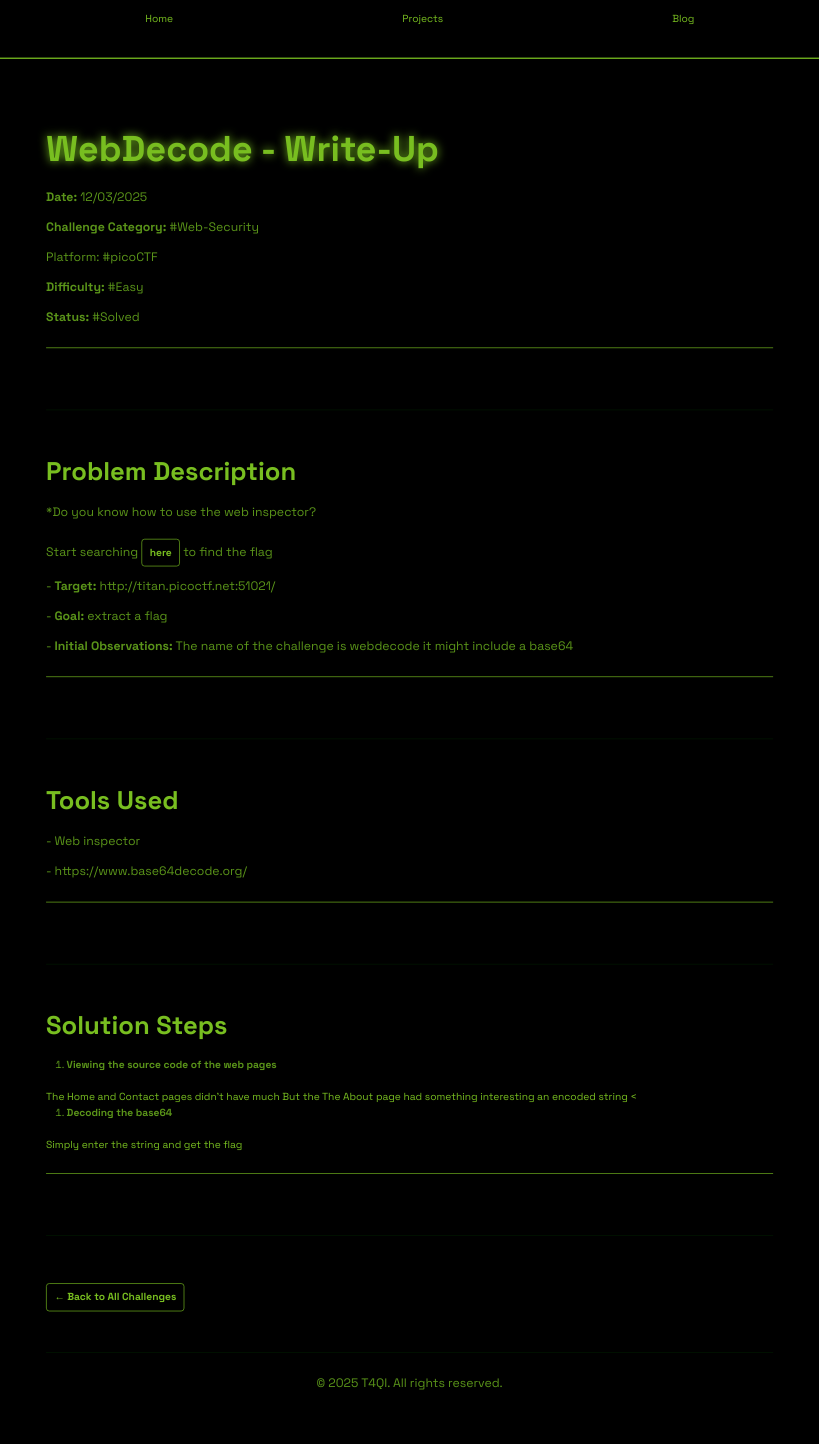
Repository: mohamedsoliman-tq/Website
Page: blogs/picoCTF/WebDecode.html
These files come from the project's save history. The page is drawn as it stood at one moment and after the next save; the edit follows.
The browser window is 1280 px wide. The pictures show the whole page, at 64% of full size.

Above is the page before, as saved 2025-03-12 23:59:26.

### blogs/picoCTF/WebDecode.html
<!DOCTYPE html>
<html>

<head>
    <meta charset="UTF-8">
    <meta name="viewport" content="width=device-width, initial-scale=1.0">
    <title>Converted Markdown</title>
    <style>
        @import url('https://fonts.googleapis.com/css2?family=Space+Grotesk:wght@300;400;700&display=swap');

        :root {
            --primary-black: #000000;
            --green-accent: #78BE20;
            --dark-green: #5a9419;
        }

        * {
            margin: 0;
            padding: 0;
            box-sizing: border-box;
            font-family: 'Space Grotesk', sans-serif;
        }

        body {
            background-color: var(--primary-black);
            color: var(--green-accent);
            line-height: 1.6;
        }

        .container {
            max-width: 1200px;
            margin: 0 auto;
            padding: 2rem;
        }

        .section {
            padding: 4rem 0;
            border-bottom: 1px solid #001a00;
        }

        /* Navigation Styles */
        nav {
            background: rgba(0, 0, 0, 0.95);
            padding: 1rem;
            position: sticky;
            top: 0;
            border-bottom: 2px solid var(--green-accent);
            z-index: 100;
        }

        nav ul {
            display: flex;
            justify-content: space-around;
            list-style: none;
        }

        nav a {
            color: var(--green-accent);
            text-decoration: none;
            padding: 0.5rem 1rem;
            transition: all 0.3s;
        }

        nav a:hover {
            color: var(--dark-green);
            text-shadow: 0 0 10px var(--green-accent);
        }

        /* Hero Section Styles */
        .hero {
            text-align: center;
            padding: 4rem 0;
            background: linear-gradient(45deg, var(--primary-black), #001100);
        }

        h1,
        h2,
        h3,
        h4,
        h5,
        h6 {
            color: var(--green-accent);
            margin-bottom: 1rem;
        }

        h1 {
            font-size: 3.5rem;
            text-shadow: 0 0 15px var(--green-accent);
        }

        h2 {
            font-size: 2.5rem;
        }

        p {
            color: var(--dark-green);
            font-size: 1.2rem;
            margin-bottom: 1rem;
        }

        /* Code blocks */
        pre {
            background: #000a00;
            padding: 1.5rem;
            border-radius: 5px;
            border: 1px solid var(--green-accent);
            overflow-x: auto;
            margin: 1.5rem 0;
        }

        code {
            font-family: monospace;
            color: var(--green-accent);
        }

        /* List styling */
        ul,
        ol {
            margin-left: 2rem;
            margin-bottom: 1.5rem;
            color: var(--dark-green);
        }

        li {
            margin-bottom: 0.5rem;
        }

        /* Links */
        a {
            color: var(--green-accent);
            text-decoration: none;
            transition: all 0.3s;
        }

        a:hover {
            color: var(--dark-green);
            text-shadow: 0 0 10px var(--green-accent);
        }

        .read-more {
            display: inline-block;
            margin-top: 10px;
            padding: 8px 12px;
            font-size: 1rem;
            font-weight: bold;
            color: var(--green-accent);
            text-decoration: none;
            border: 1px solid var(--green-accent);
            border-radius: 5px;
            transition: all 0.3s ease;
        }

        .read-more:hover {
            background-color: var(--green-accent);
            color: var(--primary-black);
            box-shadow: 0 0 10px var(--green-accent);
        }

        /* Images */
        img {
            max-width: 100%;
            border: 1px solid var(--green-accent);
            border-radius: 5px;
            margin: 1rem 0;
        }

        /* Horizontal rule */
        hr {
            border: none;
            height: 1px;
            background-color: var(--green-accent);
            margin: 2rem 0;
        }

        /* Responsive adjustments */
        @media (max-width: 768px) {
            h1 {
                font-size: 2.5rem;
            }

            .container {
                padding: 1rem;
            }

            .section {
                padding: 2rem 0;
            }
        }

        footer {
            text-align: center;
            padding: 2rem;
            color: var(--green-accent);
        }
    </style>
</head>

<body>
    <nav>
        <ul>
            <li><a href="/">Home</a></li>
            <li><a href="/Projects.html">Projects</a></li>
            <li><a href="/Blogs.html">Blog</a></li>
        </ul>
    </nav>
    <div class="container">
        <div class="section" id="webdecode---write-up">
            <h1>WebDecode - Write-Up</h1>

            <p><strong>Date:</strong> 12/03/2025 </p>
            <p><strong>Challenge Category:</strong> #Web-Security </p>
            <p>Platform: #picoCTF</p>
            <p><strong>Difficulty:</strong> #Easy </p>
            <p><strong>Status:</strong> #Solved</p>

            <hr>
        </div>
        <div class="section" id="problem-description">
            <h2>Problem Description</h2>

            <p>*Do you know how to use the web inspector?</p>
            <p>Start searching <a href="http://titan.picoctf.net:51021/" class="read-more">here</a> to find the flag</p>

            <p>- <strong>Target:</strong> http://titan.picoctf.net:51021/</p>
            <p>- <strong>Goal:</strong> extract a flag</p>
            <p>- <strong>Initial Observations:</strong> The name of the challenge is webdecode it might include a base64
            </p>

            <hr>

        </div>
        <div class="section" id="tools-used">
            <h2>Tools Used</h2>

            <p>- Web inspector</p>
            <p>- https://www.base64decode.org/</p>

            <hr>

        </div>
        <div class="section" id="solution-steps">
            <h2>Solution Steps</h2>

            <ol>
                <li><strong>Viewing the source code of the web pages</strong></li>
            </ol>
            The Home and Contact pages didn't have much But the The About page had something interesting an encoded
            string <
            <ol>
                <li><strong>Decoding the base64</strong></li>
            </ol>
            Simply enter the string and get the flag
            <hr>
        </div>
        <div class="section">
            <a href="/blogs/picoCTF/picoCTF.html" class="read-more">← Back to All Challenges</a>
        </div>
        <footer>
            <p>© 2025 T4QI. All rights reserved.</p>
        </footer>
    </div>
</body>

</html>

After the next save:
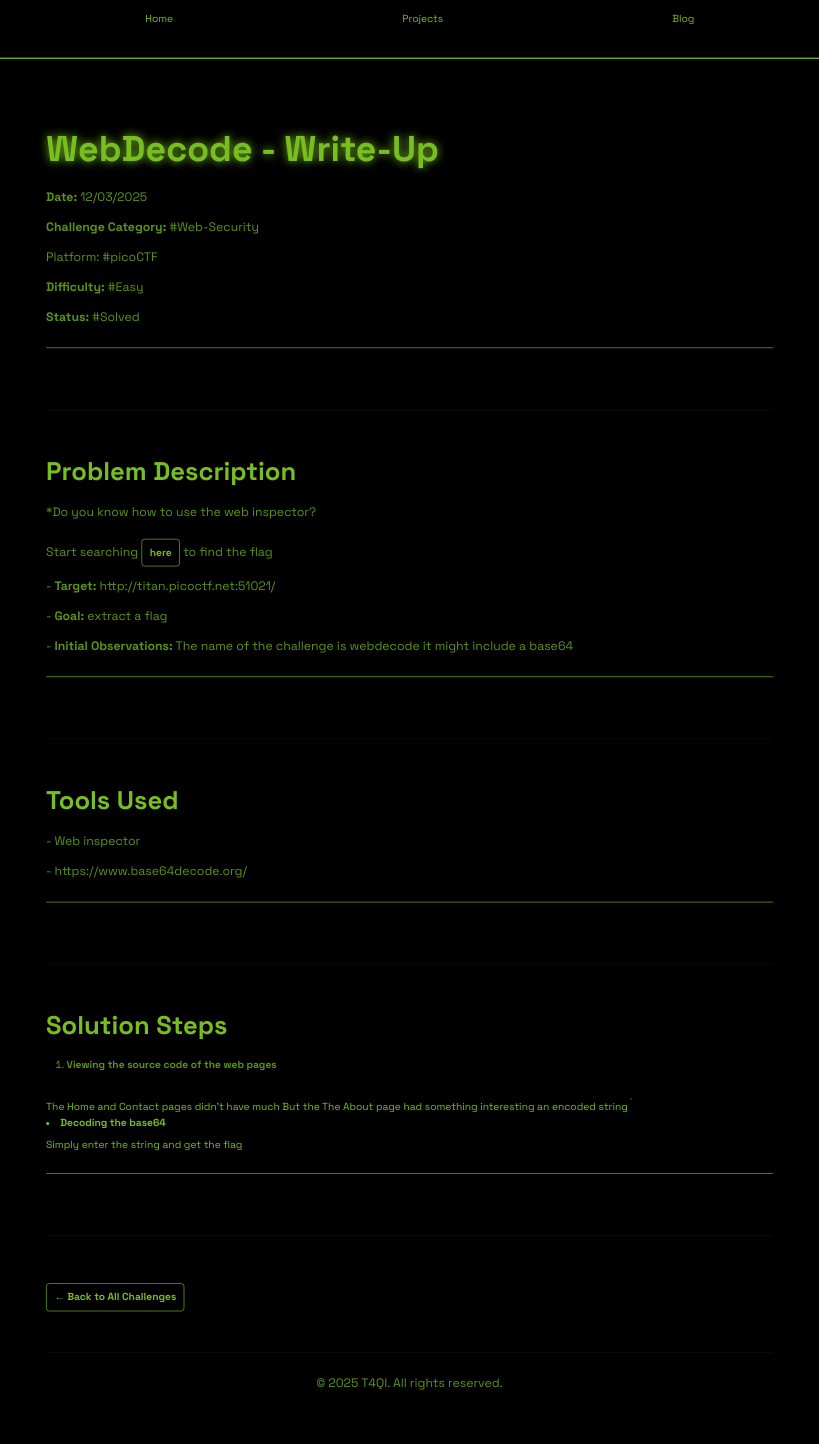
Saved 2 min 25 s later.
--- a/blogs/picoCTF/WebDecode.html
+++ b/blogs/picoCTF/WebDecode.html
@@ -245,7 +245,7 @@
                 <li><strong>Viewing the source code of the web pages</strong></li>
             </ol>
             The Home and Contact pages didn't have much But the The About page had something interesting an encoded
-            string <
+            string <img
             <ol>
                 <li><strong>Decoding the base64</strong></li>
             </ol>
